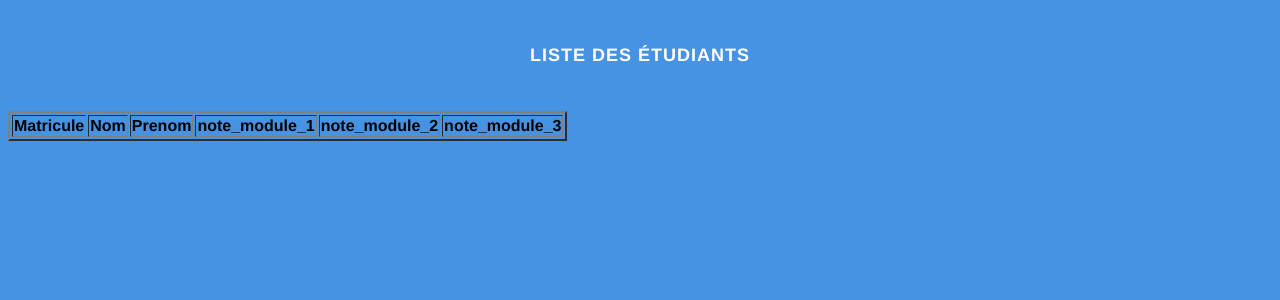
Repository: tt5300447/parakeet
Page: http://localhost/
The author's editor kept a copy of each file at every save. The page is drawn from the files as they stood at one save, then again after the next save.
The browser window is 1280 px wide. The pictures show the whole page.
The page is run by PHP 8.4 with error messages shown; the project is at /var/www/html/. Queries for data that is not in the repository find no rows.

Above is the page before, as saved 2022-06-19 16:11:02.

After the next save:
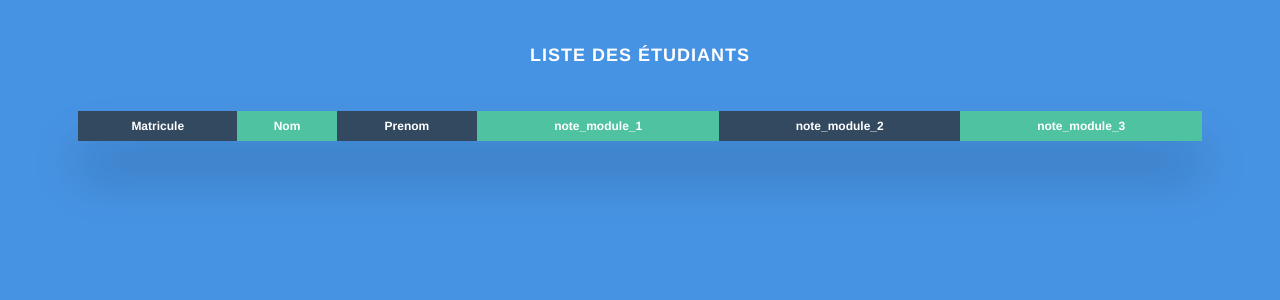
Saved 57 s later.
--- a/Copier/htdocs/Liste/index.php
+++ b/Copier/htdocs/Liste/index.php
@@ -9,7 +9,7 @@
 </head>
 <body>
    <h2>Liste des étudiants</h2>
-    <div class="center container">
+    <div class="table-wrapper">
     <?php
 $servername = "localhost";
 $username = "root";
@@ -25,7 +25,7 @@ echo "Failed to connect to MySQL: " . mysqli_connect_error();
 
 $result = $conn->query("SELECT * FROM Etudiant");
 
-echo "<table border='2'>
+echo "<table class='fl-table'>
 <thead>
     <tr>
         <th>Matricule</th>
